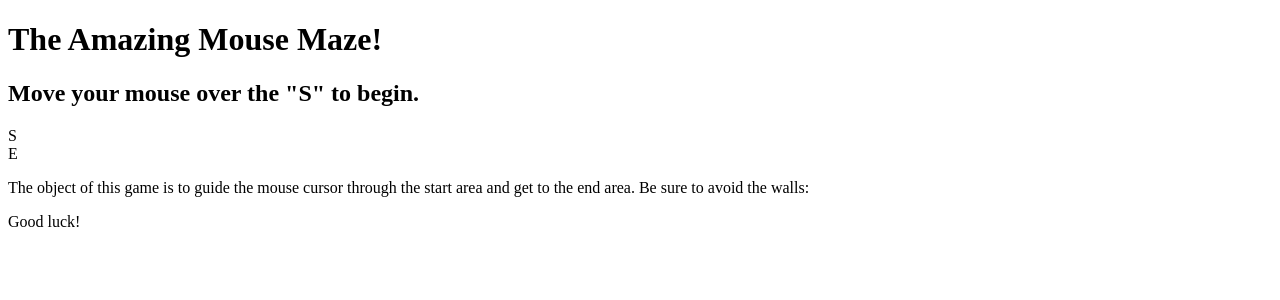
Repository: alrick-brown/info2180project1
Page: index.html
The author's editor kept a record of every edit. The page is drawn from the files as they stood at one moment, then again after the next edit.
The browser window is 1280 px wide. The pictures show the whole page.

Above is the page before.

After the next edit:
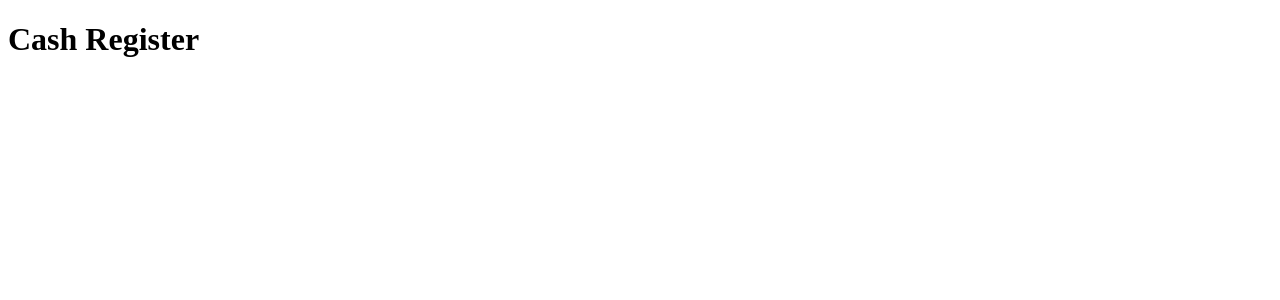
The edit:
--- a/index.html
+++ b/index.html
@@ -8,28 +8,8 @@
 	</head>
 
 	<body>
-		<h1>The Amazing Mouse Maze!</h1>
-		<h2 id="status">Move your mouse over the "S" to begin.</h2>
+		<h1>Cash Register</h1>
 
-		<!-- This part of the page represents the maze -->
-		<div id="maze">
-			<div id="start">S</div>
-			<div class="boundary" id="boundary1"></div>
-			<div class="boundary"></div>
-			<div class="boundary"></div>
-			<div class="boundary"></div>
-			<div class="boundary"></div>
-			<div id="end">E</div>
-		</div>
-
-		<p>
-			The object of this game is to guide the mouse cursor through the start area and get to the end area.  Be sure to avoid the walls:
-		</p>
-
-		<div class="boundary example"></div>
-
-		<p>
-			Good luck!
-		</p>
+		<script src="script.js" ></script>
 	</body>
 </html>
